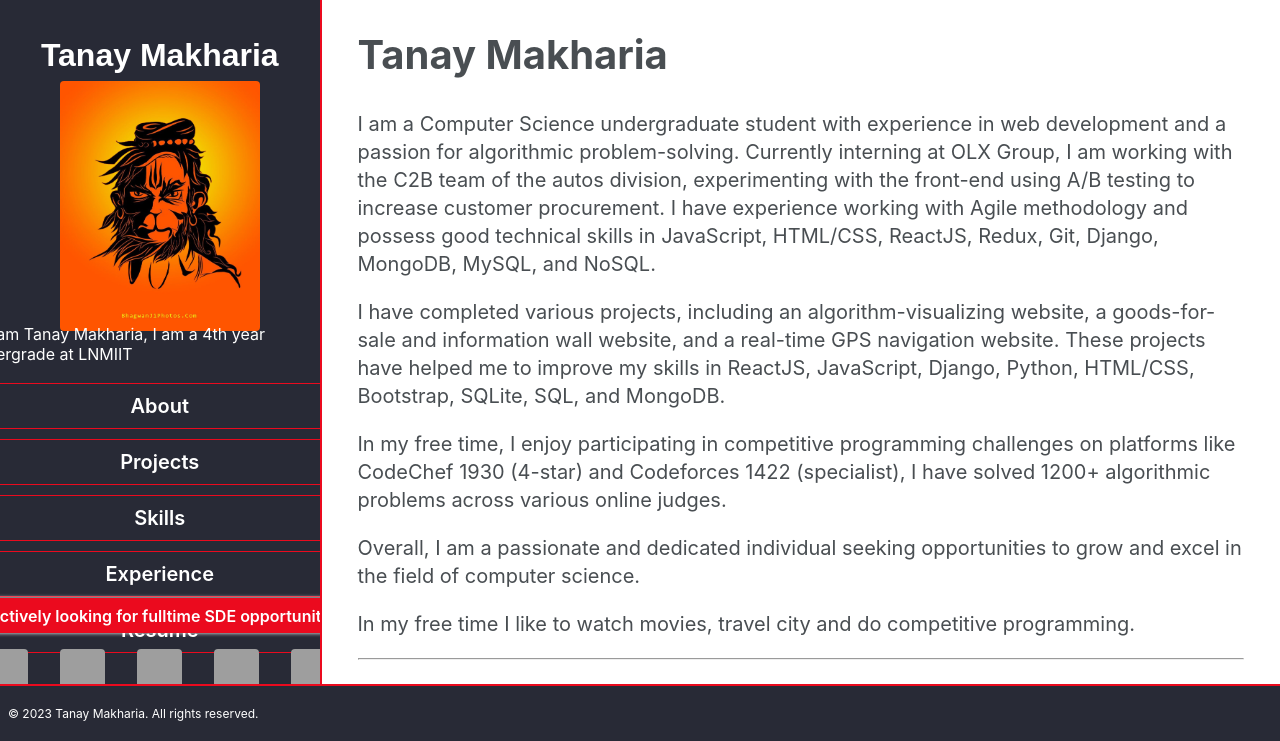
Repository: tanaymakharia17/portfolio
Page: /
These files come from the project's save history. The page is drawn as it stood at one moment and after the next save; the edit follows.
The browser window is 1280 px wide. The pictures show the whole page.
Pictures or frames that could not be fetched are drawn as grey boxes. An inner scrolling area shows only its first screen. Some web fonts or font styles are not loaded; a fallback is used. Some web libraries are served in a nearby version. The project was rebuilt for these pictures with package versions that can differ from the ones it lists, and the page was loaded fresh each time. Also part of the build but not shown: src/css/Projects.css, src/Projects.jsx, src/Error.jsx, src/css/Skills.css, src/Skills.jsx, src/css/Experience.css, src/Experience.jsx. Imported but missing from the stored project, and not drawn on this page: src/static/videos/LNM-services.mp4, src/static/videos/NavicMap.mp4.

Above is the page before, as saved 2023-04-20 03:42:38.

After the next save:
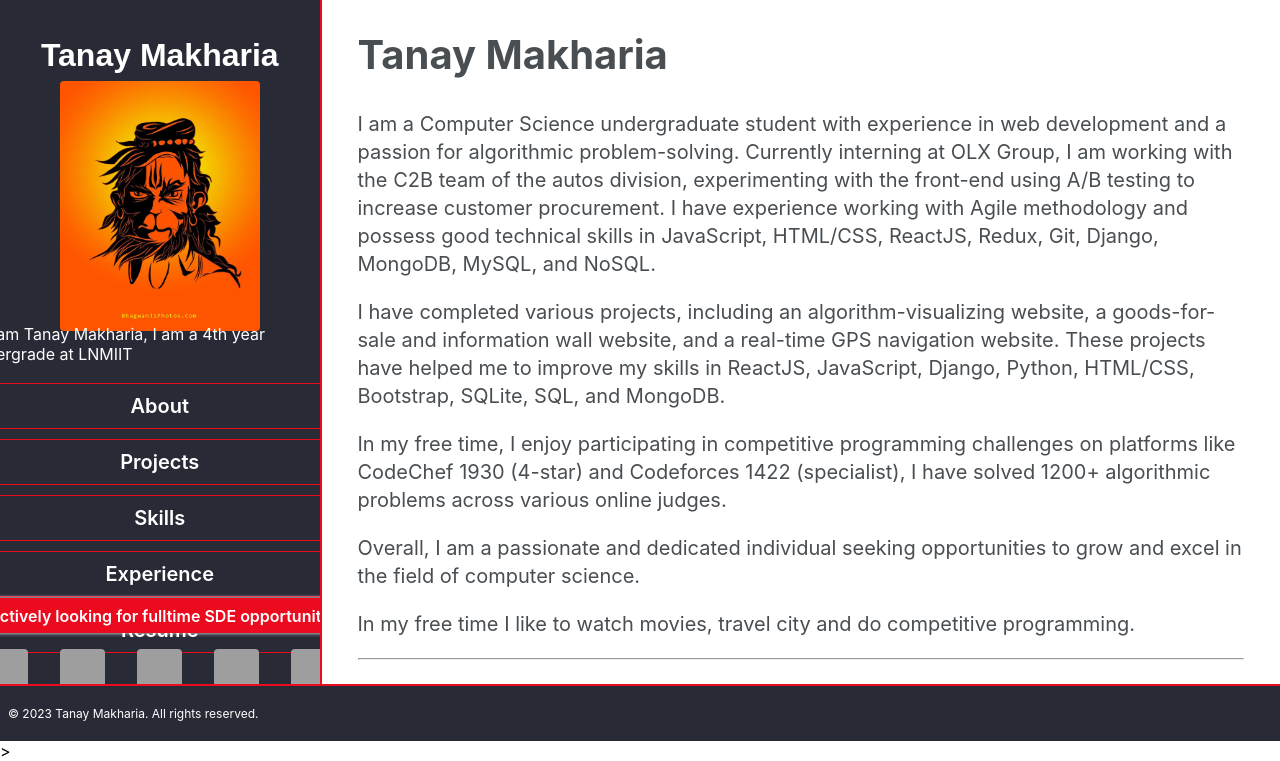
Saved 8 min 9 s later.
--- a/public/index.html
+++ b/public/index.html
@@ -43,3 +43,4 @@
     -->
   </body>
 </html>
+>

After the save that followed:
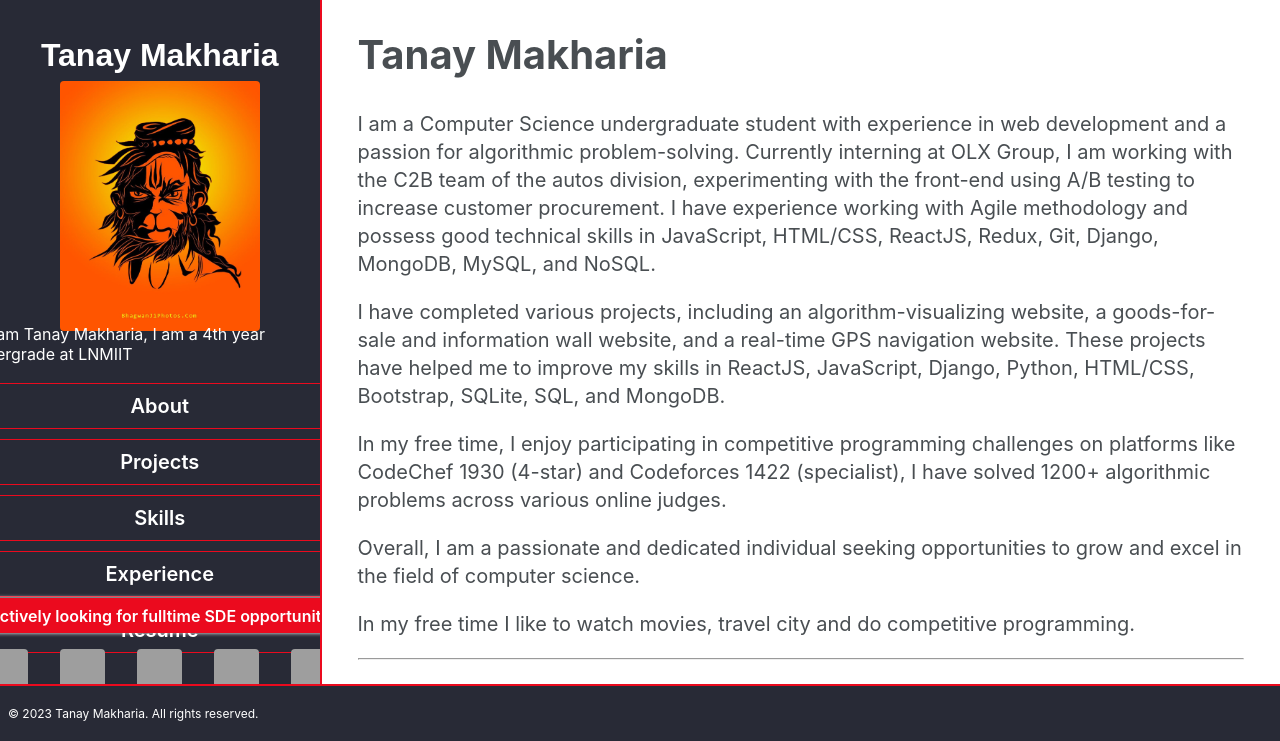
Saved 5 s later.
--- a/public/index.html
+++ b/public/index.html
@@ -43,4 +43,3 @@
     -->
   </body>
 </html>
->
